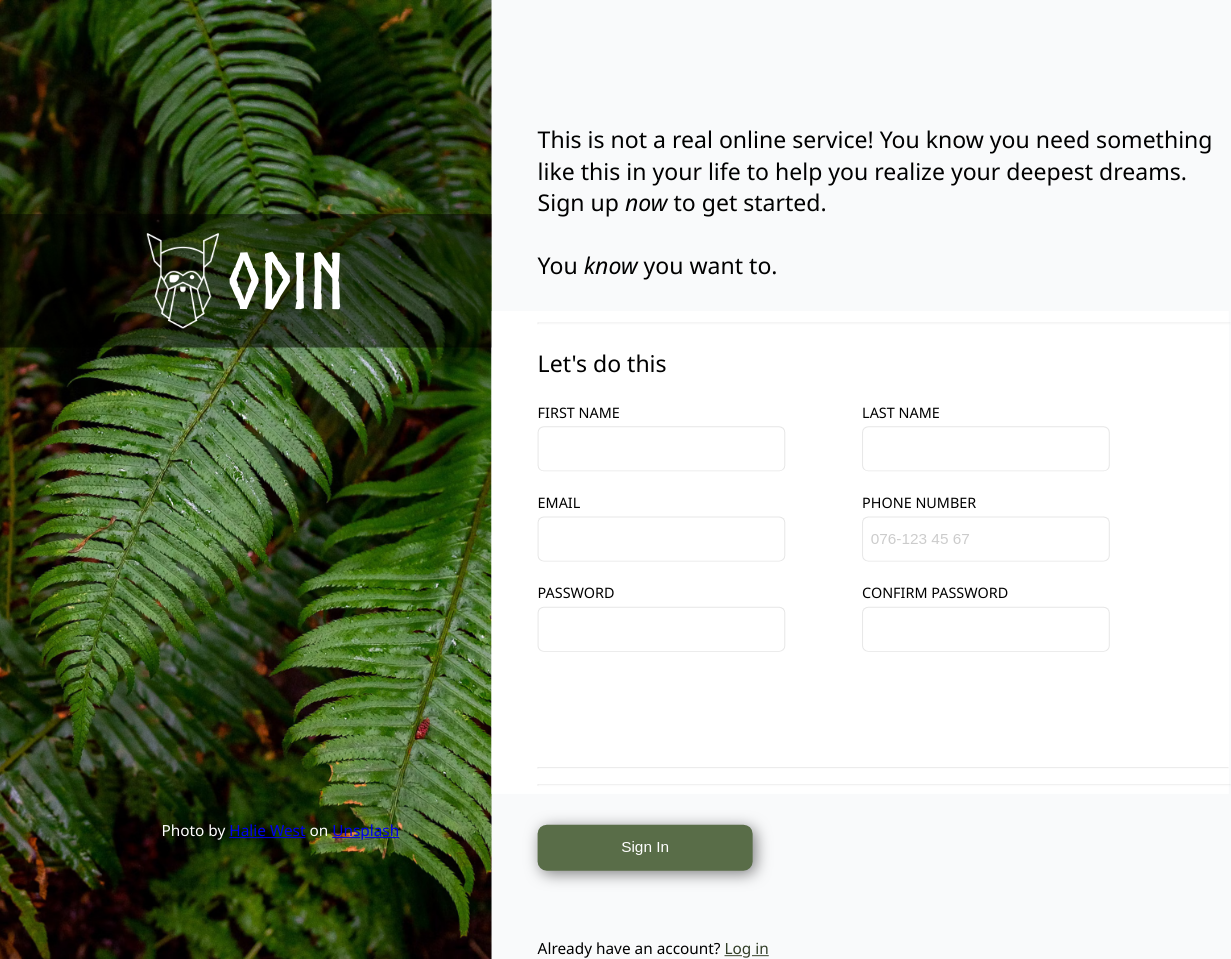
Repository: fed26sto-fundamentals/sign-up-form-odai-dh
Page: index.html
The author's editor kept a copy of each file at every save. The page is drawn from the files as they stood at one save, then again after the next save.
The browser window is 1280 px wide. The page is 1282 px wide, so the pictures cover 1282 px, including what lies to the right of the window. The pictures show the whole page, at 96% of full size.

Above is the page before, as saved 2024-10-01 21:15:20.

After the next save:
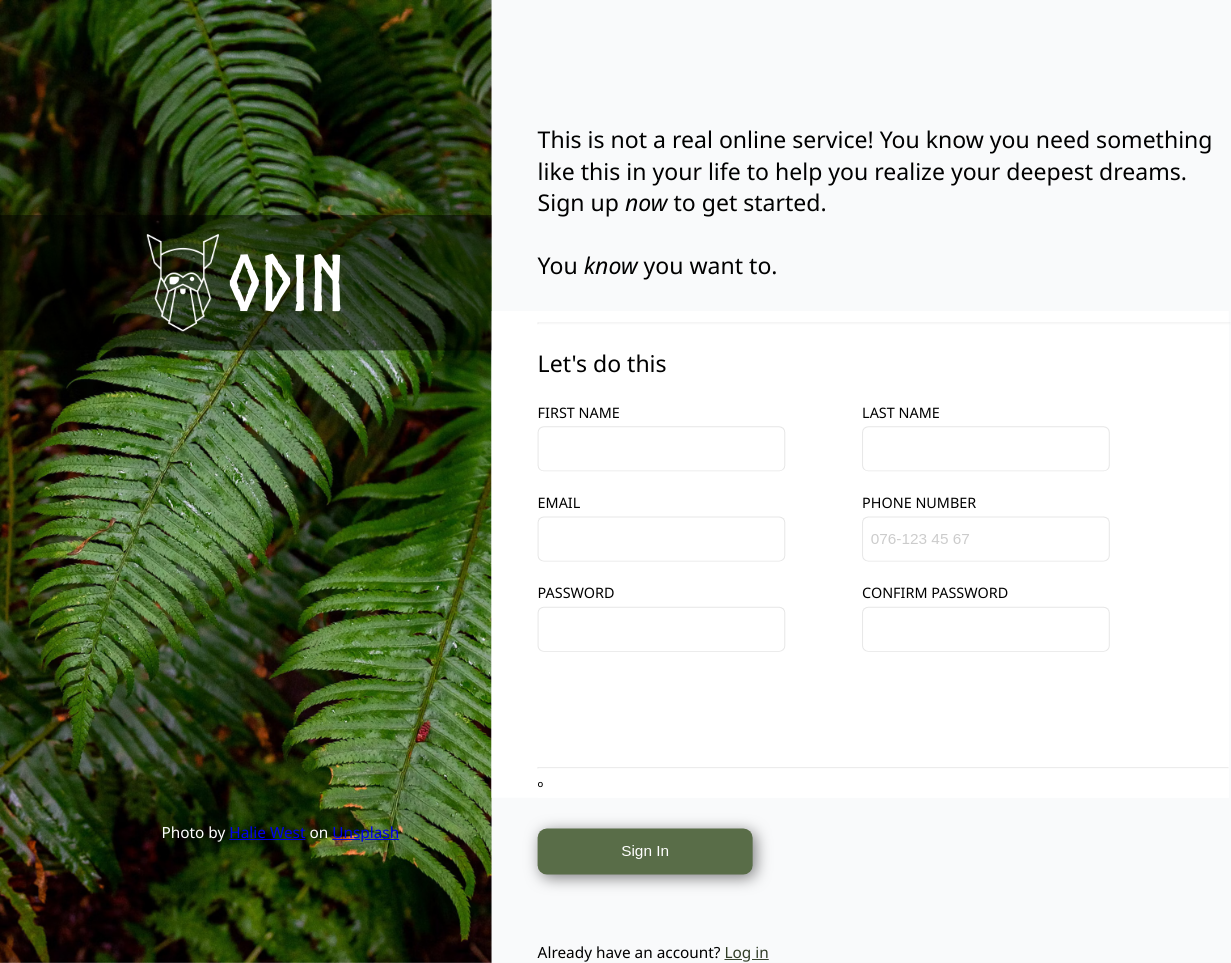
Saved 17 s later.
--- a/index.html
+++ b/index.html
@@ -72,7 +72,7 @@
                 <hr id="line">
 
                 </div>
-                <hr id="line">
+                º
         </div>
 
         <div class="submtion">
